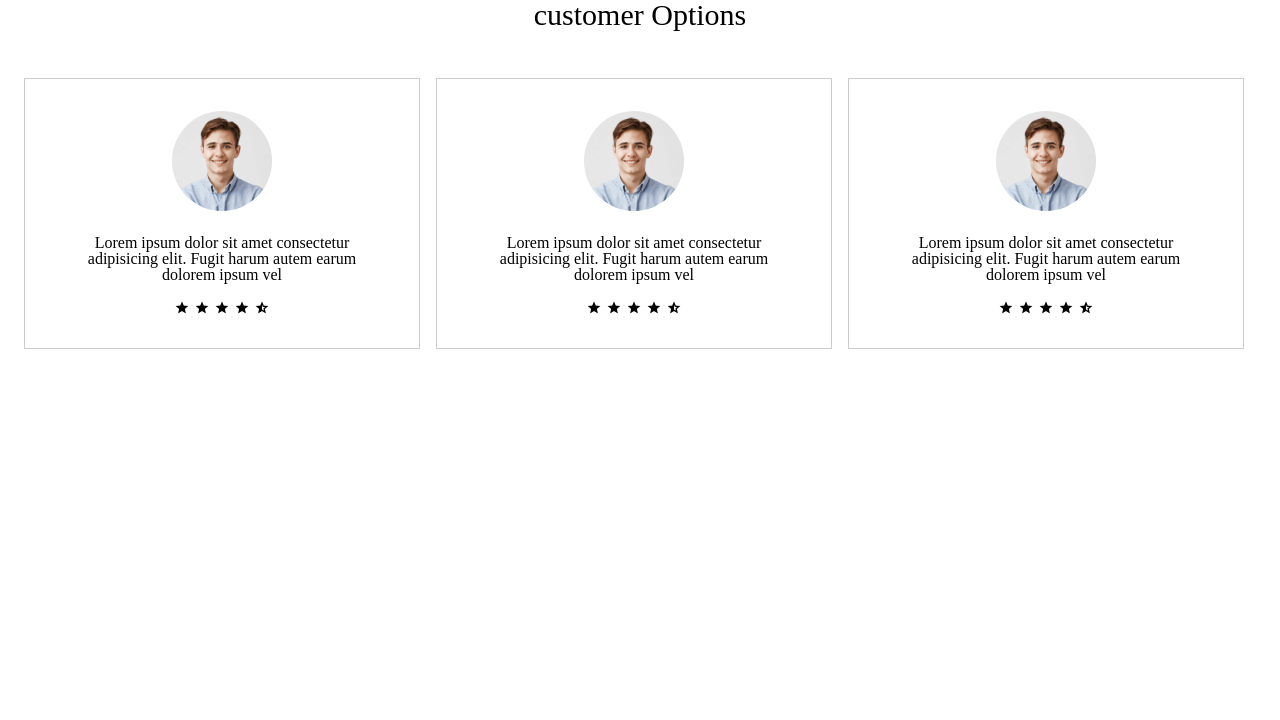
Repository: dinhhaidh/slider-3
Page: index.html
An editor plug-in stored every save of this project. The page is shown before and after a run of saves, followed by the edit.
The browser window is 1280 px wide. The pictures show the whole page.

Above is the page before, as saved 2024-03-22 20:42:07.

After the next 2 saves:
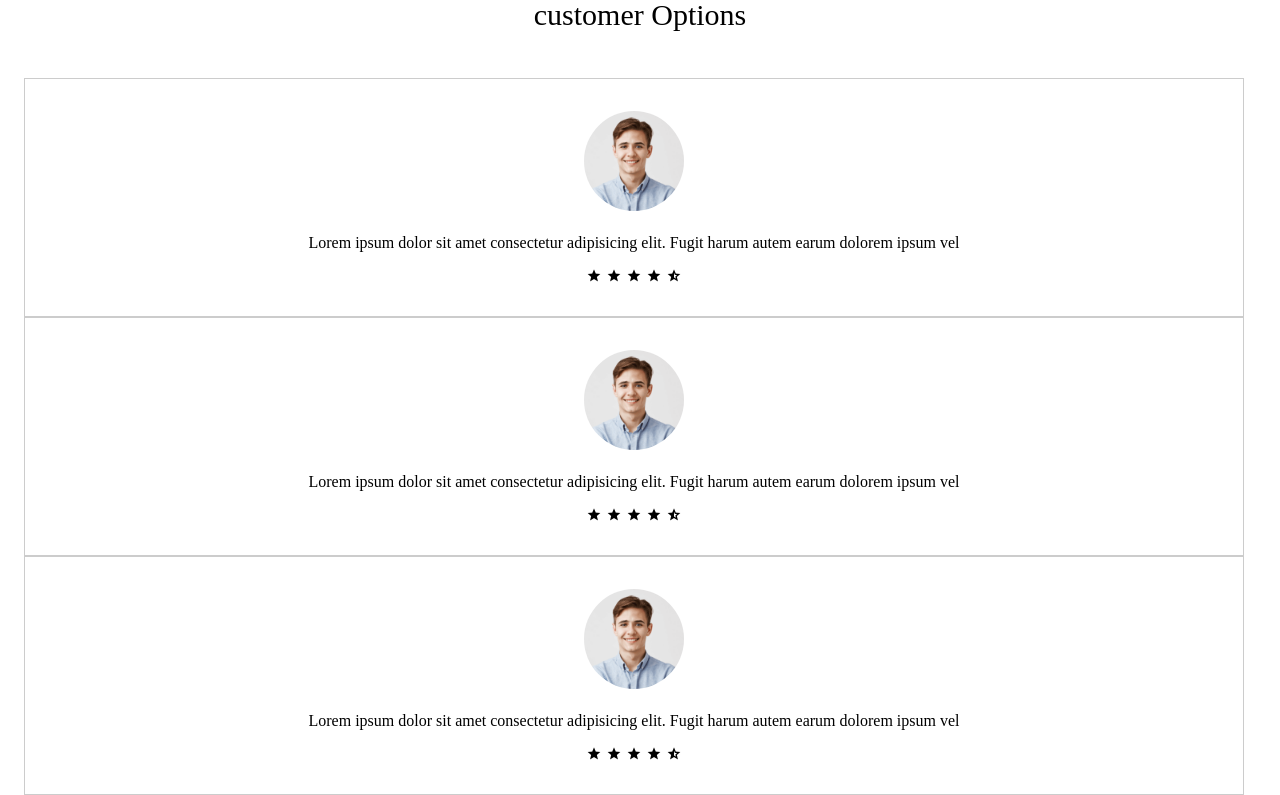
Console error: ReferenceError: Swiper is not defined
The 2 saves are shown as one change because they came seconds apart.
The last was saved 2 min 20 s later.
--- a/index.html
+++ b/index.html
@@ -6,7 +6,6 @@
     <title>Document</title>
     <link rel="stylesheet" href="https://cdnjs.cloudflare.com/ajax/libs/remixicon/4.2.0/remixicon.min.css">
 
-    <link rel="stylesheet" href="./css/swiper-bundle.min.css">
 
     <link rel="stylesheet" href="./css/style.css">
 
@@ -68,7 +67,6 @@
     </div>
 
 
-    <script src="./js/swiper-bundle.min.js"></script>
 
     <script src="./js/app.js"></script>
 </body>
